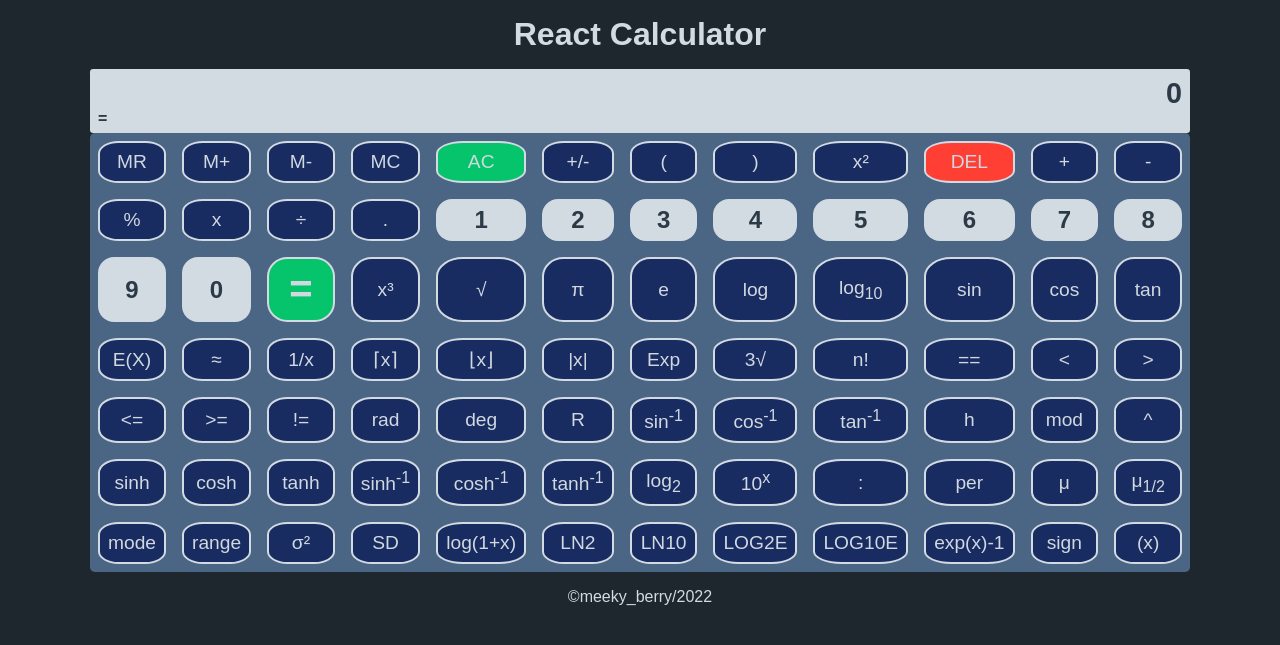
Repository: MikkyPrestige/calculator
Page: /
The author's editor kept a copy of each file at every save. The page is drawn from the files as they stood at one save, then again after a run of saves.
The browser window is 1280 px wide. The pictures show the whole page.
The project was rebuilt for these pictures with package versions that can differ from the ones it lists, and the page was loaded fresh each time.

Above is the page before, as saved 2022-10-16 06:30:25.

After the next 2 saves:
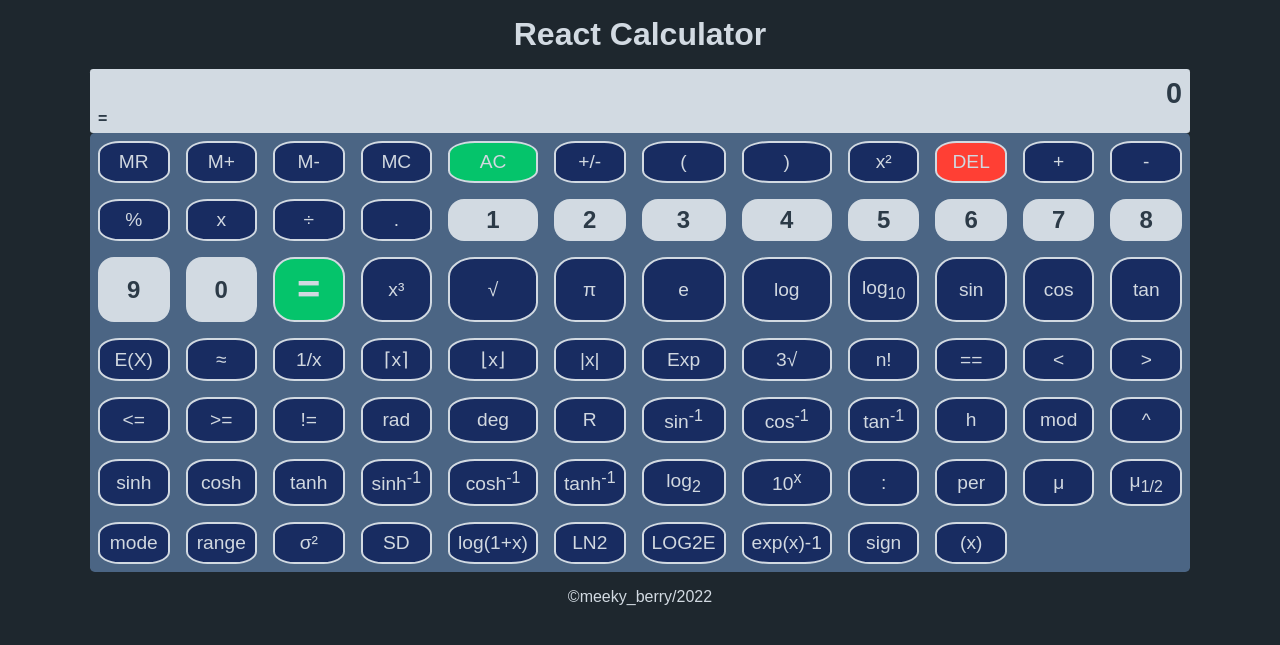
The 2 saves are shown as one change because 1 did not build or start.
The last was saved 32 days later.
--- a/src/App.js
+++ b/src/App.js
@@ -200,29 +200,6 @@ function App() {
     setCalc(Math.LN2(value).toString());  // CALCULATE THE BASE 2 LOGARITHM OF THE CALC STATE VARIABLE PLUS 1 AND UPDATE THE CALC STATE VARIABLE
   };
 
-  // CREATE LN10 FUNCTION
-  const ln10 = () => {
-    if (calc === "") {
-      return;
-    }
-    const value = parseFloat(calc);
-    if (value === 0) {
-      return;
-    }
-    setCalc(Math.LN10(value).toString());  // CALCULATE THE BASE 10 LOGARITHM OF THE CALC STATE VARIABLE PLUS 1 AND UPDATE THE CALC STATE VARIABLE
-  };
-
-  // CREATE LOG10E FUNCTION
-  const log10e = () => {
-    if (calc === "") {
-      return;
-    }
-    const value = parseFloat(calc);
-    if (value === 0) {
-      return;
-    }
-    setCalc(Math.LOG10E(value).toString());  // CALCULATE THE BASE 10 LOGARITHM OF THE CALC STATE VARIABLE PLUS 1 AND UPDATE THE CALC STATE VARIABLE
-  };
 
   // CREATE LOG2E FUNCTION
   const log2e = () => {
@@ -827,9 +804,7 @@ function App() {
           <button onClick={standardDeviation} className='operator'>SD</button>
           <button onClick={log1p} className='operator'>log(1+x)</button>
           <button onClick={ln2} className='operator'>LN2</button>
-          <button onClick={ln10} className='operator'>LN10</button>
           <button onClick={log2e} className='operator'>LOG2E</button>
-          <button onClick={log10e} className='operator'>LOG10E</button>
           <button onClick={expm1} className='operator'>exp(x)-1</button>
           <button onClick={sign} className='operator'>sign</button>
           <button onClick={trunc} className='operator'>(x)</button>
